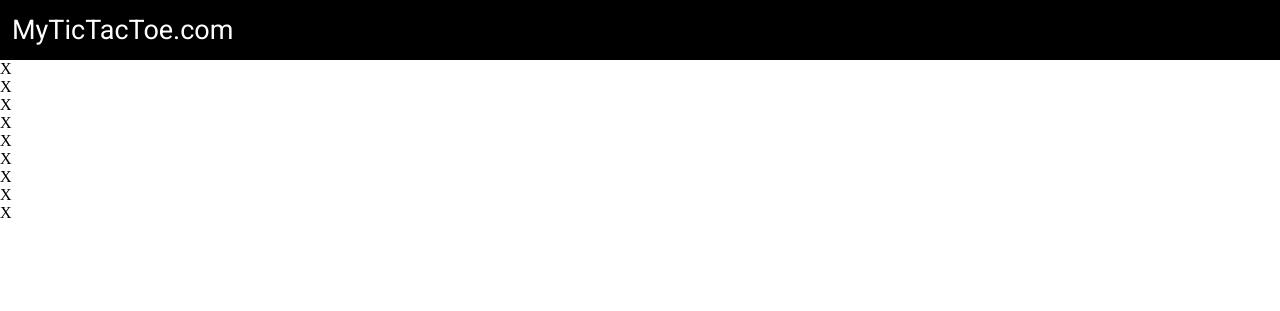
Repository: AshwinUgale/TicTacToe
Page: index.html
An editor plug-in stored every save of this project. The page is shown before and after the next save, followed by the edit.
The browser window is 1280 px wide. The pictures show the whole page.

Above is the page before, as saved 2024-12-19 09:43:09.

After the next save:
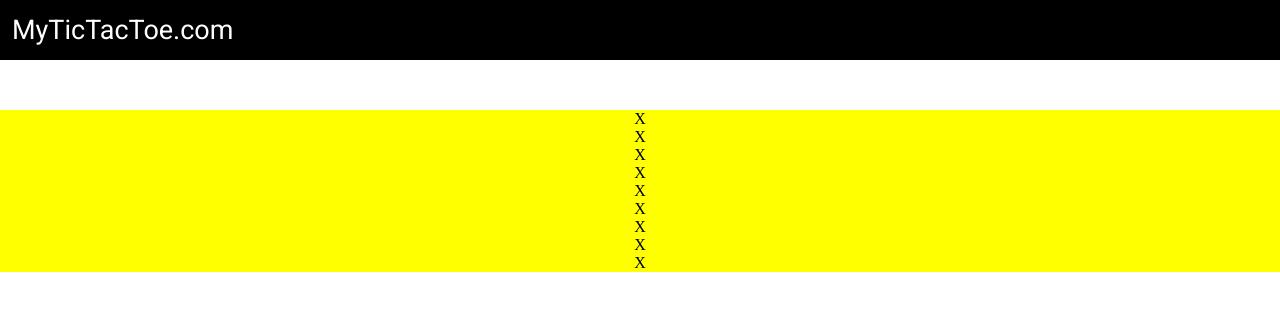
Saved 80 s later.
--- a/style.css
+++ b/style.css
@@ -19,3 +19,10 @@ nav {
 nav ul{
     list-style-type: none;
 }
+
+.gameContainer{
+    background-color: yellow;
+    display: flex;
+    justify-content: center;
+    margin-top: 50px;
+}
